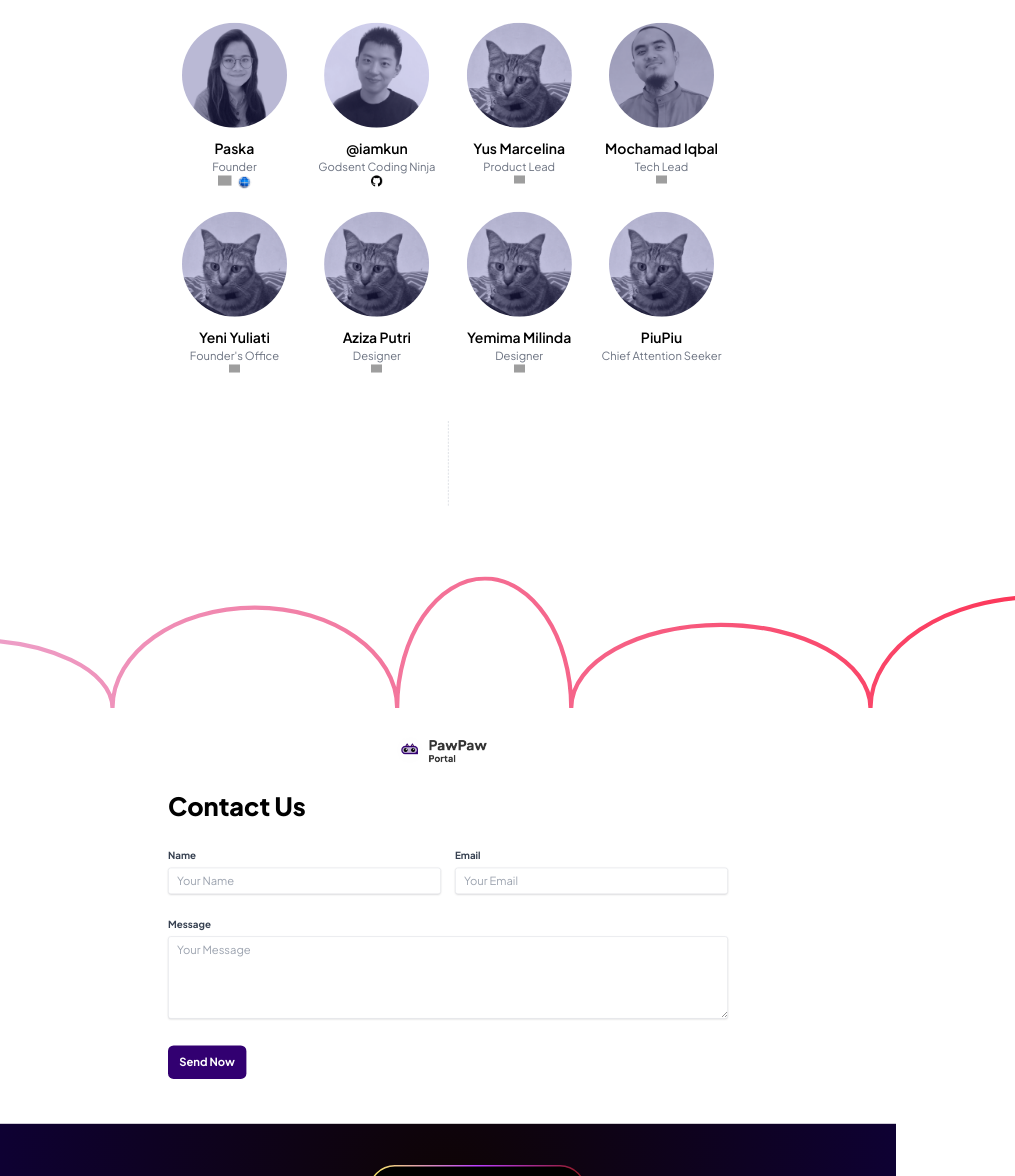
Repository: paskasiregar/pawpawwebsite
Page: /
These files come from the project's save history. The page is drawn as it stood at one moment and after the next save; the edit follows.
The browser window is 1280 px wide. The page is 1450 px wide, so the pictures cover 1450 px, including what lies to the right of the window. The pictures show the part of the page from y = 1839 to 3519 px (the page is 4056 px tall before and 4059 px after), at 70% of full size.
Pictures or frames that could not be fetched are drawn as grey boxes. The project was rebuilt for these pictures with package versions that can differ from the ones it lists, and the page was loaded fresh each time. The framework's server and built-in components were replaced by stand-ins that run in the browser. Also part of the build but not shown: next.config.js, next.config.mjs.

Above is the page before, as saved 2024-09-06 12:35:40.

### src/app/layout.js
import { Inter } from "next/font/google";
import "./globals.css";

const inter = Inter({ subsets: ["latin"] });

export const metadata = {
  title: "PawPaw Portal | Your One-Stop Shelter",
  description: "Your One-Stop Shelter",
};

export default function RootLayout({ children }) {
  return (
    <html lang="en">
      <meta
        name="google-adsense-account"
        content="ca-pub-4770655134097556"
      ></meta>
      <body className={inter.className}>{children}</body>
    </html>
  );
}

### src/app/page.js
import { Contact } from "@/components/contact";
import { Divider } from "@/components/divider";
import { Footer } from "@/components/footer";
import { Header } from "@/components/header";
import CTA from "@/components/CTA";
import Hero from "@/components/hero";
import PrimaryButton from "@/components/primaryButton";
import SecButton from "@/components/secButton";
import Image from "next/image";
import bannerImage from "../assets/banner.png";
import logoHeaderImage from "../assets/banner-10.png";
import Link from "next/link";
import Head from "next/head";
import linkedin from "../assets/linkedin.png";
import github from "../assets/github.png";
import website from "../assets/website.webp";
import piupiu from "../assets/piupiu.png";
import paska from "../assets/paska.png";
import iqbal from "../assets/iqbal.png";
import kun from "../assets/kun.png";

export default async function Home() {
  return (
    <div className="w-full font-plus-jakarta m-auto flex min-h-screen flex-col items-center justify-between">
      <Head>
        <script
          async
          src="https://pagead2.googlesyndication.com/pagead/js/adsbygoogle.js?client=ca-pub-4770655134097556"
          crossorigin="anonymous"
        ></script>
      </Head>
      <section className="w-full">
        <div className="centeredcontainer main-container">
          <Header />
        </div>
        <main className="main-container">
          <Hero />
          <Divider />
          <div className="self-stretch bg-white flex flex-col md:flex-row">
            <div className="flex-1 relative h-48 md:h-[489px] z-[0] flex items-center justify-center">
              <Image
                className="w-[80%] h-auto object-cover"
                alt="banner"
                src={bannerImage}
                width={200}
                height={200}
              />
            </div>

            {/* How it works */}
            <div
              id="how-it-works"
              className="flex-1 flex flex-col items-center md:items-start justify-center gap-4 z-[1] p-4 md:p-8"
            >
              <div className="space-y-4">
                <div className="flex justify-center md:justify-start">
                  <svg
                    width="130"
                    height="77"
                    viewBox="0 0 130 77"
                    fill="none"
                    xmlns="http://www.w3.org/2000/svg"
                  >
                    <path
                      d="M2.04016 48.038C39.1938 19.0059 75.4362 75.5193 75.4362 75.5193C58.6481 44.4597 70.5515 14.7701 105.05 54.8444C105.05 54.8444 88.8644 34.0647 127.885 2.52962"
                      stroke="url(#paint0_linear_545_35744)"
                      strokeWidth="4.42591"
                      strokeMiterlimit="10"
                      strokeLinejoin="bevel"
                    />
                    <defs>
                      <linearGradient
                        id="paint0_linear_545_35744"
                        x1="19.971"
                        y1="73.8863"
                        x2="126.116"
                        y2="-0.218346"
                        gradientUnits="userSpaceOnUse"
                      >
                        <stop offset="0.2868" stopColor="#E9404C" />
                        <stop offset="0.2967" stopColor="#EA475C" />
                        <stop offset="0.3252" stopColor="#EB5B85" />
                        <stop offset="0.3554" stopColor="#EB6CA8" />
                        <stop offset="0.3871" stopColor="#EC79C5" />
                        <stop offset="0.4209" stopColor="#EC84DB" />
                        <stop offset="0.4577" stopColor="#ED8BEB" />
                        <stop offset="0.4998" stopColor="#ED90F4" />
                        <stop offset="0.5589" stopColor="#ED91F7" />
                      </linearGradient>
                    </defs>
                  </svg>
                </div>
                <div className="hidden md:flex items-center justify-center">
                  <Image
                    className="w-36 h-10 object-cover"
                    alt="Logo"
                    src={logoHeaderImage}
                    width={120}
                    height={20}
                  />
                </div>
                <div className="flex flex-col items-center md:items-start">
                  <div className="relative font-extrabold text-2xl md:text-4xl text-center md:text-left">
                    How PawPaw Portal Works
                  </div>
                </div>
                <div className="self-stretch flex flex-col md:flex-row items-center md:items-start justify-start text-lg md:text-xl text-gray-500">
                  <div className="flex-1 flex flex-col items-center md:items-start justify-start">
                    <div className="self-stretch">
                      <p className="m-0 text-center md:text-left">
                        Every video you watch on our app can help animals in
                        need. Fun, isn&apos;t it?
                      </p>
                      <p className="m-2"></p>
                      <p className="m-0 text-center md:text-left">
                        Join us at PawPaw Portal, where animal lovers and
                        shelters meet. Let&apos;s make a difference together!
                      </p>
                    </div>
                  </div>
                </div>
                <div className="flex flex-col md:flex-row gap-2">
                  <PrimaryButton href="https://game.pawpawportal.com">
                    Play Now
                  </PrimaryButton>
                  <Link
                    href="#about-us"
                    className="flex flex-col md:flex-row gap-2"
                  >
                    <SecButton>About Us</SecButton>
                  </Link>
                </div>
              </div>
            </div>
          </div>

          {/* Team */}
          <Divider />
          <div
            id="team"
            className="flex-1 flex flex-col items-center md:items-center justify-center gap-4 z-[1] p-4 md:p-8"
          >
            <div className="space-y-4 justify-center">
              <div className="flex justify-center md:justify-center"></div>

              <div className="flex flex-col items-center md:items-center mb-8">
                <div className="relative font-extrabold text-2xl md:text-4xl text-center md:text-center mb-8">
                  Who are behind PawPaw Portal?
                </div>
              </div>

              <div className="grid grid-cols-1 md:grid-cols-2 lg:grid-cols-4 gap-6 md:gap-8 justify-center">
                {/* Paska */}
                <div className="flex flex-col items-center">
                  <Image
                    className="rounded-full object-cover"
                    alt="Paska"
                    src={paska}
                    width={150}
                    height={150}
                    sizes="(max-width: 768px) 100px, (max-width: 1200px) 150px, 200px"
                  />
                  <div className="text-xl font-semibold mt-4">Paska</div>
                  <div className="text-gray-500">Founder</div>
                  <div className="flex gap-2">
                    <Link href="https://www.linkedin.com/in/pas-ka" passHref>
                      <Image
                        src={linkedin}
                        alt="LinkedIn"
                        width={20}
                        height={20}
                        sizes="(max-width: 768px) 24px, (max-width: 1200px) 24px"
                      />
                    </Link>
                    <Link href="https://www.hellopaska.com" passHref>
                      <Image
                        src={website}
                        alt="Website"
                        width={20}
                        height={20}
                        sizes="(max-width: 768px) 24px, (max-width: 1200px) 24px"
                      />
                    </Link>
                  </div>
                </div>

                {/* iamkun */}
                <div className="flex flex-col items-center">
                  <Image
                    className="rounded-full object-cover"
                    alt="@iamkun"
                    src={kun}
                    width={150}
                    height={150}
                    sizes="(max-width: 768px) 100px, (max-width: 1200px) 150px, 200px"
                  />
                  <div className="text-xl font-semibold mt-4">@iamkun</div>
                  <div className="text-gray-500">Godsent Coding Ninja</div>
                  <Link href="https://github.com/iamkun" passHref>
                    <Image
                      src={github}
                      alt="GitHub"
                      width={16}
                      height={16}
                      sizes="(max-width: 768px) 24px, (max-width: 1200px) 24px"
                    />
                  </Link>
                </div>

                {/* Kak Yus */}
                <div className="flex flex-col items-center">
                  <Image
                    className="rounded-full object-cover"
                    alt="Yus Marcelina"
                    src={piupiu}
                    width={150}
                    height={150}
                    sizes="(max-width: 768px) 100px, (max-width: 1200px) 150px, 200px"
                  />
                  <div className="text-xl font-semibold mt-4">
                    Yus Marcelina
                  </div>
                  <div className="text-gray-500">Product Lead</div>
                  <Link
                    href="https://www.linkedin.com/in/yus-marcelina"
                    passHref
                  >
                    <Link href="https://www.linkedin.com/in/pas-ka" passHref>
                      <Image
                        src={linkedin}
                        alt="LinkedIn"
                        width={16}
                        height={16}
                        sizes="(max-width: 768px) 24px, (max-width: 1200px) 24px"
                      />
                    </Link>
                  </Link>
                </div>

                {/* Mas Iqbal */}
                <div className="flex flex-col items-center">
                  <Image
                    className="rounded-full object-cover"
                    alt="Moch Iqbal"
                    src={iqbal}
                    width={150}
                    height={150}
                    sizes="(max-width: 768px) 100px, (max-width: 1200px) 150px, 200px"
                  />
                  <div className="text-xl font-semibold mt-4">
                    Mochamad Iqbal
                  </div>
                  <div className="text-gray-500">Tech Lead</div>
                  <Link
                    href="https://www.linkedin.com/in/mochamad-iqbal"
                    passHref
                  >
                    <Link href="https://www.linkedin.com/in/pas-ka" passHref>
                      <Image
                        src={linkedin}
                        alt="LinkedIn"
                        width={16}
                        height={16}
                        sizes="(max-width: 768px) 24px, (max-width: 1200px) 24px"
                      />
                    </Link>
                  </Link>
                </div>

                {/* Julie */}
                <div className="flex flex-col items-center">
                  <Image
                    className="rounded-full object-cover"
                    alt="Yeni Yuliati"
                    src={piupiu}
                    width={150}
                    height={150}
                    sizes="(max-width: 768px) 100px, (max-width: 1200px) 150px, 200px"
                  />
                  <div className="text-xl font-semibold mt-4">Yeni Yuliati</div>
                  <div className="text-gray-500">Founder's Office</div>
                  <Link
                    href="https://www.linkedin.com/in/yeni-yuliati"
                    passHref
                    target="_blank"
                    rel="noopener noreferrer"
                  >
                    <Link href="https://www.linkedin.com/in/pas-ka" passHref>
                      <Image
                        src={linkedin}
                        alt="LinkedIn"
                        width={16}
                        height={16}
                        sizes="(max-width: 768px) 24px, (max-width: 1200px) 24px"
                      />
                    </Link>
                  </Link>
                </div>

                {/* Aziza */}
                <div className="flex flex-col items-center">
                  <Image
                    className="rounded-full object-cover"
                    alt="Aziza Putri"
                    src={piupiu}
                    width={150}
                    height={150}
                    sizes="(max-width: 768px) 100px, (max-width: 1200px) 150px, 200px"
                  />
                  <div className="text-xl font-semibold mt-4">Aziza Putri</div>
                  <div className="text-gray-500">Designer</div>
                  <Link
                    href="https://www.linkedin.com/in/yeni-yuliati"
                    passHref
                    target="_blank"
                    rel="noopener noreferrer"
                  >
                    <Link href="https://www.linkedin.com/in/pas-ka" passHref>
                      <Image
                        src={linkedin}
                        alt="LinkedIn"
                        width={16}
                        height={16}
                        sizes="(max-width: 768px) 24px, (max-width: 1200px) 24px"
                      />
                    </Link>
                  </Link>
                </div>

                {/* Yemima */}
                <div className="flex flex-col items-center">
                  <Image
                    className="rounded-full object-cover"
                    alt="Yemima Milinda"
                    src={piupiu}
                    width={150}
                    height={150}
                    sizes="(max-width: 768px) 100px, (max-width: 1200px) 150px, 200px"
                  />
                  <div className="text-xl font-semibold mt-4">
                    Yemima Milinda
                  </div>
                  <div className="text-gray-500">Designer</div>
                  <Link
                    href="https://www.linkedin.com/in/yeni-yuliati"
                    passHref
                    target="_blank"
                    rel="noopener noreferrer"
                  >
                    <Link href="https://www.linkedin.com/in/pas-ka" passHref>
                      <Image
                        src={linkedin}
                        alt="LinkedIn"
                        width={16}
                        height={16}
                        sizes="(max-width: 768px) 24px, (max-width: 1200px) 24px"
                      />
                    </Link>
                  </Link>
                </div>

                {/* PiuPiu */}
                <div className="flex flex-col items-center">
                  <Image
                    className="rounded-full object-cover"
                    alt="PiuPiu"
                    src={piupiu}
                    width={150}
                    height={150}
                    sizes="(max-width: 768px) 100px, (max-width: 1200px) 150px, 200px"
                  />
                  <div className="text-xl font-semibold mt-4">PiuPiu</div>
                  <div className="text-gray-500">Chief Attention Seeker</div>
                </div>
              </div>
            </div>
          </div>

          <Divider />
          <Contact />
        </main>
        <div className="w-full">
          <div>
            <CTA />
          </div>
          <div id="about-us">
            <Footer />
          </div>
        </div>
      </section>
    </div>
  );
}

### src/components/divider.jsx
export const Divider = () => {
  return (
    <div className="self-stretch h-[195px] flex flex-row items-center justify-center py-16 px-[130px] box-border">
      <div className="w-px relative box-border h-[121px] border-r-[1px] border-dashed border-gray-300" />
    </div>
  );
};

### src/components/primaryButton.jsx
import React from "react";

const PrimaryButton = ({ children, onClick }) => {
  return (
    <button
      className="self-stretch bg-inherit-320071 hover:bg-blue-700 text-white font-bold px-4 py-3 rounded-lg"
      onClick={onClick}
    >
      {children}
    </button>
  );
};

export default PrimaryButton;

### src/components/secButton.jsx
import React from "react";

const SecButton = ({ children, onClick }) => {
  return (
    <button
      className="bg-white border border-inherit-320071 text-inherit-320071 font-bold py-2 px-4 rounded-lg"
      onClick={onClick}
    >
      {children}
    </button>
  );
};

export default SecButton;

### src/components/nameInput.jsx
import React from "react";

const NameInput = ({ value, onChange }) => {
  return (
    <div className="mb-4">
      <label
        className="block text-gray-700 text-sm font-bold mb-2"
        htmlFor="name"
      >
        Name
      </label>
      <input
        id="name"
        type="text"
        value={value}
        onChange={onChange}
        className="shadow appearance-none border rounded w-full py-2 px-3 text-gray-700 leading-tight focus:outline-none focus:shadow-outline"
        placeholder="Your Name"
      />
    </div>
  );
};

export default NameInput;

### src/components/emailInput.jsx
import React from "react";

const EmailInput = ({ value, onChange }) => {
  return (
    <div className="mb-4">
      <label
        className="block text-gray-700 text-sm font-bold mb-2"
        htmlFor="email"
      >
        Email
      </label>
      <input
        id="email"
        type="email"
        value={value}
        onChange={onChange}
        className="shadow appearance-none border rounded w-full py-2 px-3 text-gray-700 leading-tight focus:outline-none focus:shadow-outline"
        placeholder="Your Email"
      />
    </div>
  );
};

export default EmailInput;

### src/components/mesageInput.jsx
import React from "react";

const MessageInput = ({ value, onChange }) => {
  return (
    <div className="mb-4">
      <label
        className="block text-gray-700 text-sm font-bold mb-2"
        htmlFor="message"
      >
        Message
      </label>
      <textarea
        id="message"
        value={value}
        onChange={onChange}
        className="shadow appearance-none border rounded w-full py-2 px-3 text-gray-700 leading-tight focus:outline-none focus:shadow-outline"
        placeholder="Your Message"
        rows="5"
      />
    </div>
  );
};

export default MessageInput;

Loaded but not shown: tailwind.config.js (24 lines, source omitted); src/components/hero.jsx (211 lines, source omitted); src/components/footer.jsx (175 lines, source omitted); src/components/contact.jsx (94 lines, source omitted); src/app/globals.css (122 lines, source omitted); src/components/header.jsx (45 lines, source omitted); src/components/CTA.jsx (45 lines, source omitted)

After the next save:
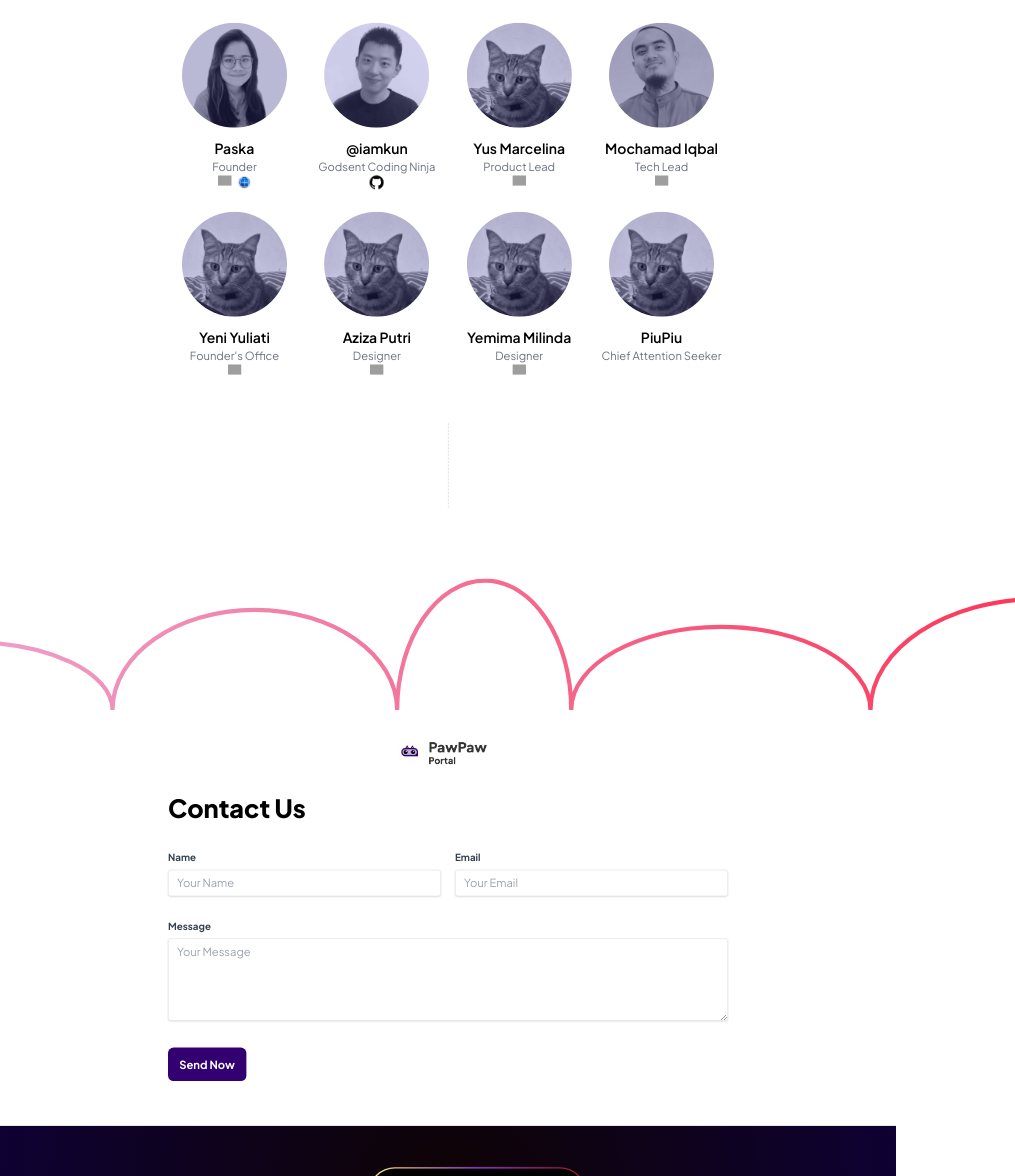
Saved 27 s later.
--- a/src/app/page.js
+++ b/src/app/page.js
@@ -200,8 +200,8 @@ export default async function Home() {
                     <Image
                       src={github}
                       alt="GitHub"
-                      width={16}
-                      height={16}
+                      width={20}
+                      height={20}
                       sizes="(max-width: 768px) 24px, (max-width: 1200px) 24px"
                     />
                   </Link>
@@ -229,8 +229,8 @@ export default async function Home() {
                       <Image
                         src={linkedin}
                         alt="LinkedIn"
-                        width={16}
-                        height={16}
+                        width={20}
+                        height={20}
                         sizes="(max-width: 768px) 24px, (max-width: 1200px) 24px"
                       />
                     </Link>
@@ -259,8 +259,8 @@ export default async function Home() {
                       <Image
                         src={linkedin}
                         alt="LinkedIn"
-                        width={16}
-                        height={16}
+                        width={20}
+                        height={20}
                         sizes="(max-width: 768px) 24px, (max-width: 1200px) 24px"
                       />
                     </Link>
@@ -289,8 +289,8 @@ export default async function Home() {
                       <Image
                         src={linkedin}
                         alt="LinkedIn"
-                        width={16}
-                        height={16}
+                        width={20}
+                        height={20}
                         sizes="(max-width: 768px) 24px, (max-width: 1200px) 24px"
                       />
                     </Link>
@@ -319,8 +319,8 @@ export default async function Home() {
                       <Image
                         src={linkedin}
                         alt="LinkedIn"
-                        width={16}
-                        height={16}
+                        width={20}
+                        height={20}
                         sizes="(max-width: 768px) 24px, (max-width: 1200px) 24px"
                       />
                     </Link>
@@ -351,8 +351,8 @@ export default async function Home() {
                       <Image
                         src={linkedin}
                         alt="LinkedIn"
-                        width={16}
-                        height={16}
+                        width={20}
+                        height={20}
                         sizes="(max-width: 768px) 24px, (max-width: 1200px) 24px"
                       />
                     </Link>
